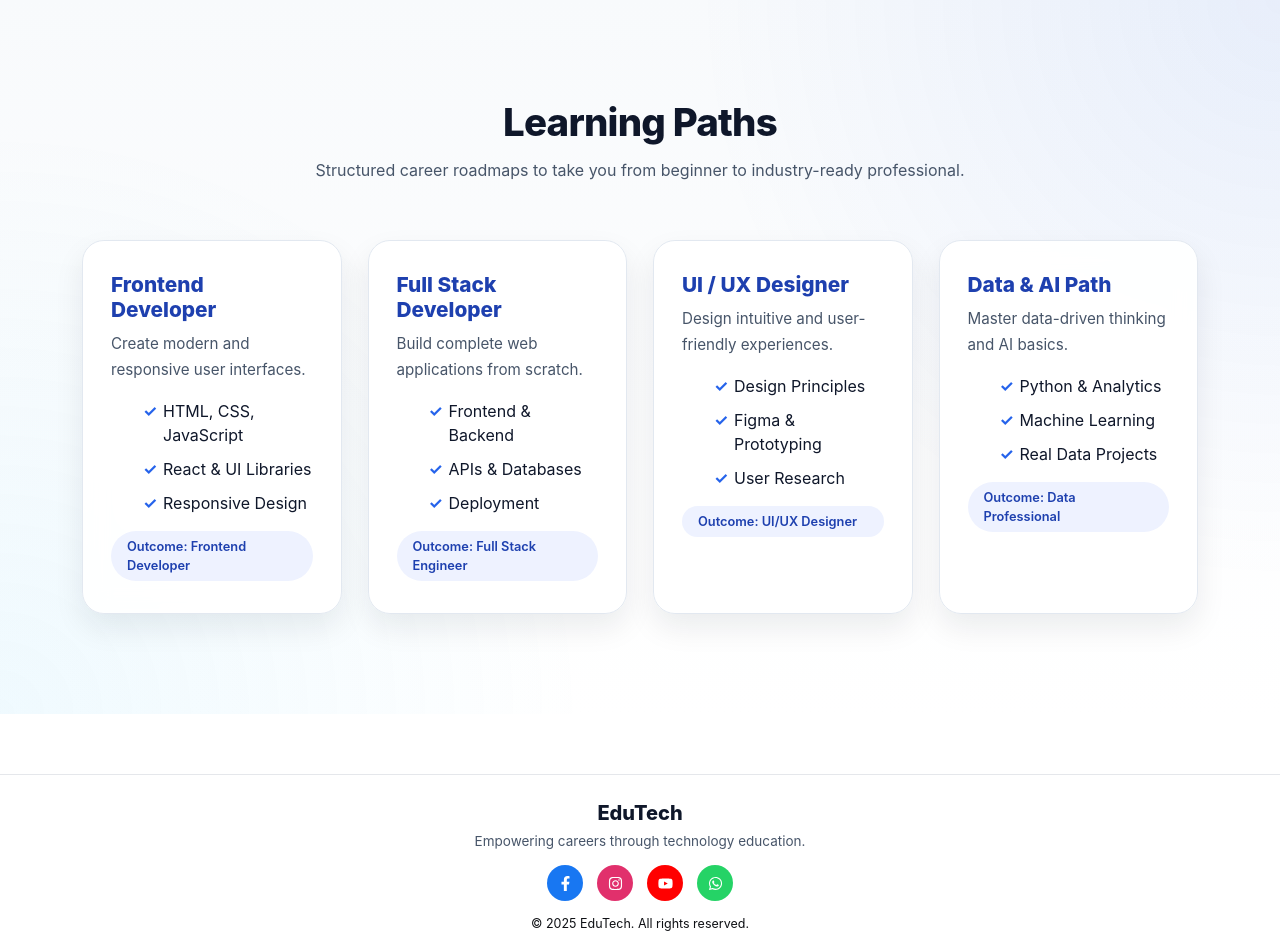
Repository: Aswin74k/project-2
Page: /
An editor plug-in stored every save of this project. The page is shown before and after the next save, followed by the edit.
The browser window is 1280 px wide. The pictures show the part of the page from y = 2045 to 2997 px (the page is 2997 px tall).
The project was rebuilt for these pictures with package versions that can differ from the ones it lists, and the page was loaded fresh each time. Also part of the build but not shown: vite.config.js, src/project/course.css, src/project/Course.jsx, src/project/About.css, src/project/About.jsx, src/project/Enroll.css, src/project/Enroll.jsx, src/project/contact.css and 2 more.

Above is the page before, as saved 2025-12-25 19:58:25.

After the next save:
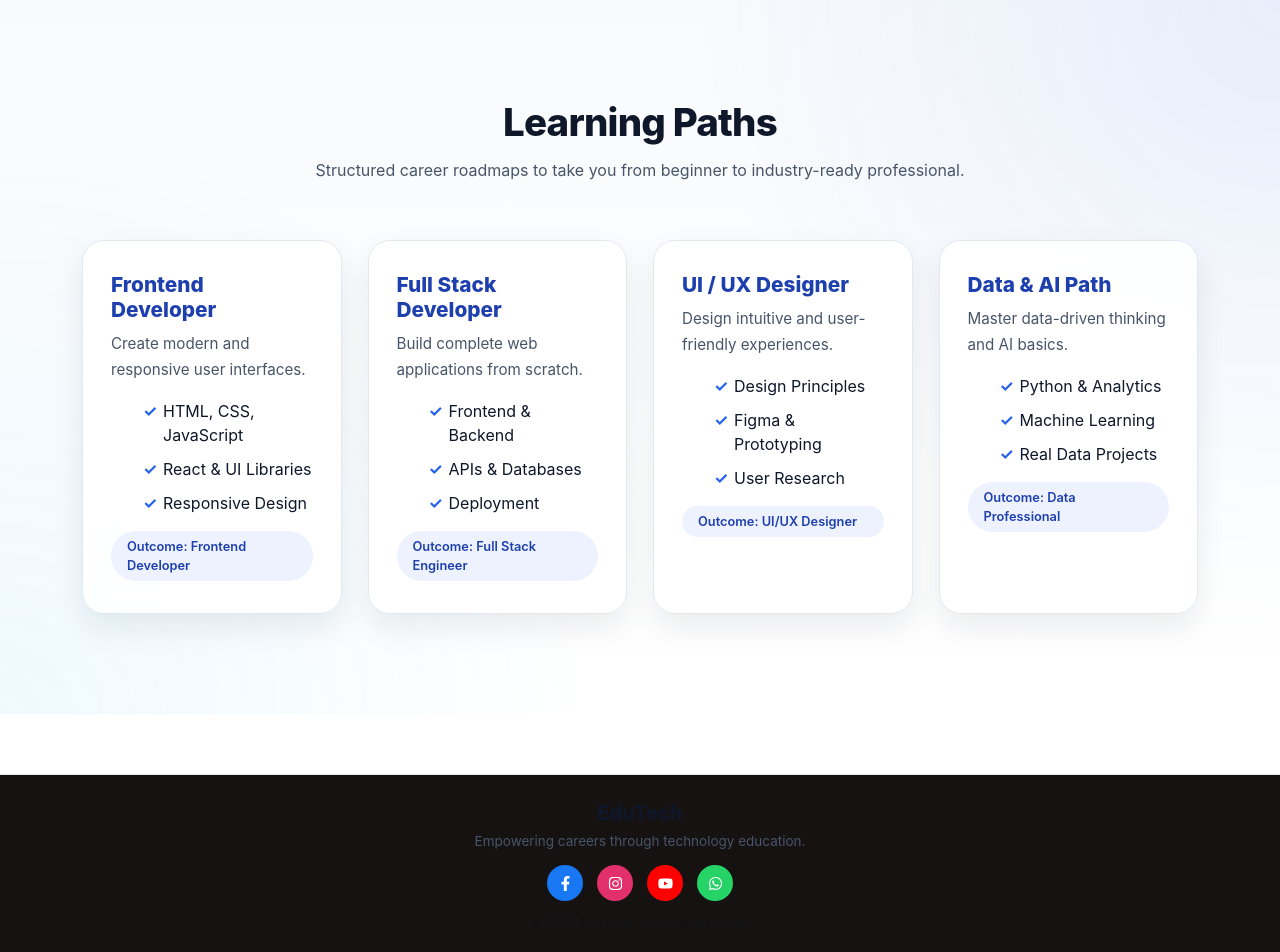
Saved 51 s later.
--- a/src/project/Home.css
+++ b/src/project/Home.css
@@ -285,7 +285,7 @@
    FOOTER (FULL WHITE)
 ========================= */
 .footer {
-  background: #ffffff;
+  background: #171212;
   color: #0f172a;
   padding: 26px 0 18px;
   margin-top: 60px;
